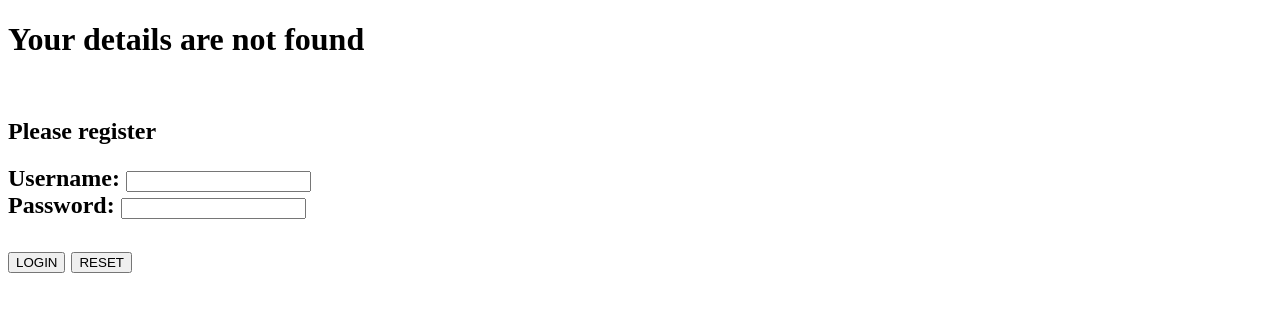
Repository: adityaram1987/git-repos
Page: http://localhost/AssignmentWebPage/validating
The author's editor kept a copy of each file at every save. The page is drawn from the files as they stood at one save, then again after the next save.
The browser window is 1280 px wide. The pictures show the whole page.
The page is served by Tomcat 9. Other server files are loaded and not shown. Queries for data that is not in the repository find no rows.

Above is the page before, as saved 2019-07-10 12:10:36.

### eclipse-workspace/AssignmentWebPage/WebContent/register.jsp
<%@ page language="java" contentType="text/html; charset=ISO-8859-1"
    pageEncoding="ISO-8859-1"%>
<!DOCTYPE html PUBLIC "-//W3C//DTD HTML 4.01 Transitional//EN" "http://www.w3.org/TR/html4/loose.dtd">
<html>
<head>
<meta http-equiv="Content-Type" content="text/html; charset=ISO-8859-1">
<title>Insert title here</title>
</head>
<body>
<h1>Your details are not found</h1><br>
<h2>Please register</h2>
<h2>
Username: <input type= "text" name="t1"><br>
Password: <input type= "password" name="t2"><br><br>
<input type="submit" name="b1" value="LOGIN">
<input type="reset" name="b2" value="RESET">
</h2>
</body>
</html>

### eclipse-workspace/AssignmentWebPage/src/com/VerifyServlet.java
package com;

import java.io.IOException;

import javax.servlet.RequestDispatcher;
import javax.servlet.ServletException;
import javax.servlet.http.HttpServlet;
import javax.servlet.http.HttpServletRequest;
import javax.servlet.http.HttpServletResponse;


public class VerifyServlet extends HttpServlet {
	private static final long serialVersionUID = 1L;
	private int correctDetails=0;
	private int wrongPassword=1;
	private int noDetails=2;

    public VerifyServlet() {
        super();
    }

	protected void doGet(HttpServletRequest request, HttpServletResponse response) throws ServletException, IOException {
		String name= request.getParameter("t1");
		String pwd= request.getParameter("t2");

		//PrintWriter out= response.getWriter();
		VerifyBean vb = new VerifyBean();
		int status = vb.verify(name, pwd);
		if(status==correctDetails) {
			RequestDispatcher rd = request.getRequestDispatcher("verified.jsp");
			rd.forward(request, response);
		}
		else if(status==wrongPassword){
			RequestDispatcher rd = request.getRequestDispatcher("relogin.jsp");
			rd.forward(request, response);
		}
		else {
			RequestDispatcher rd = request.getRequestDispatcher("register.jsp");
			rd.forward(request, response);
		}
	}

	protected void doPost(HttpServletRequest request, HttpServletResponse response) throws ServletException, IOException {
		doGet(request, response);
	}

}

### eclipse-workspace/AssignmentWebPage/src/com/VerifyBean.java
package com;
import java.sql.Connection;
import java.sql.DriverManager;
import java.sql.ResultSet;
import java.sql.Statement;

public class VerifyBean {
	private String name;
	private String pswrd;
	private int correctDetails=0;
	private int wrongPassword=1;
	private int noDetails=2;
	public int verify(String name, String pswrd){
		try
		{
			this.name= name;
			this.pswrd = pswrd;
			Class.forName("com.mysql.jdbc.Driver");
			Connection con = DriverManager.getConnection("jdbc:mysql://localhost:3306/db", "root", "Sapient123");
			Statement stmt = con.createStatement();
			//stmt.executeUpdate("update emp set age= age+1");
			ResultSet rs= stmt.executeQuery("select * from loginDetails");
			while(rs.next()) {
				if(rs.getString(1).equals(name) && rs.getString(2).equals(pswrd)) {

					return correctDetails;
				}
				if(rs.getString(1).equals(name) && !rs.getString(2).equals(pswrd)) {

					return wrongPassword;
				}
			}
			rs.close();
			stmt.close();
			con.close();

			return noDetails;
		}
		catch(Exception e)
		{
			System.out.println(e);
			return wrongPassword;
		}
	}
}

After the next save:
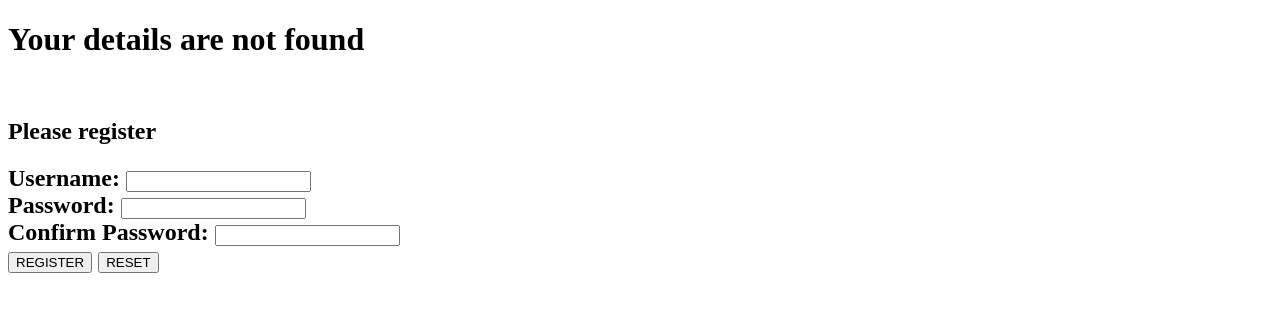
Saved 52 s later.
--- a/eclipse-workspace/AssignmentWebPage/WebContent/register.jsp
+++ b/eclipse-workspace/AssignmentWebPage/WebContent/register.jsp
@@ -11,8 +11,9 @@
 <h2>Please register</h2>
 <h2>
 Username: <input type= "text" name="t1"><br>
-Password: <input type= "password" name="t2"><br><br>
-<input type="submit" name="b1" value="LOGIN">
+Password: <input type= "password" name="t2"><br>
+Confirm Password: <input type= "password" name="t3"><br>
+<input type="submit" name="b1" value="REGISTER">
 <input type="reset" name="b2" value="RESET">
 </h2>
 </body>
